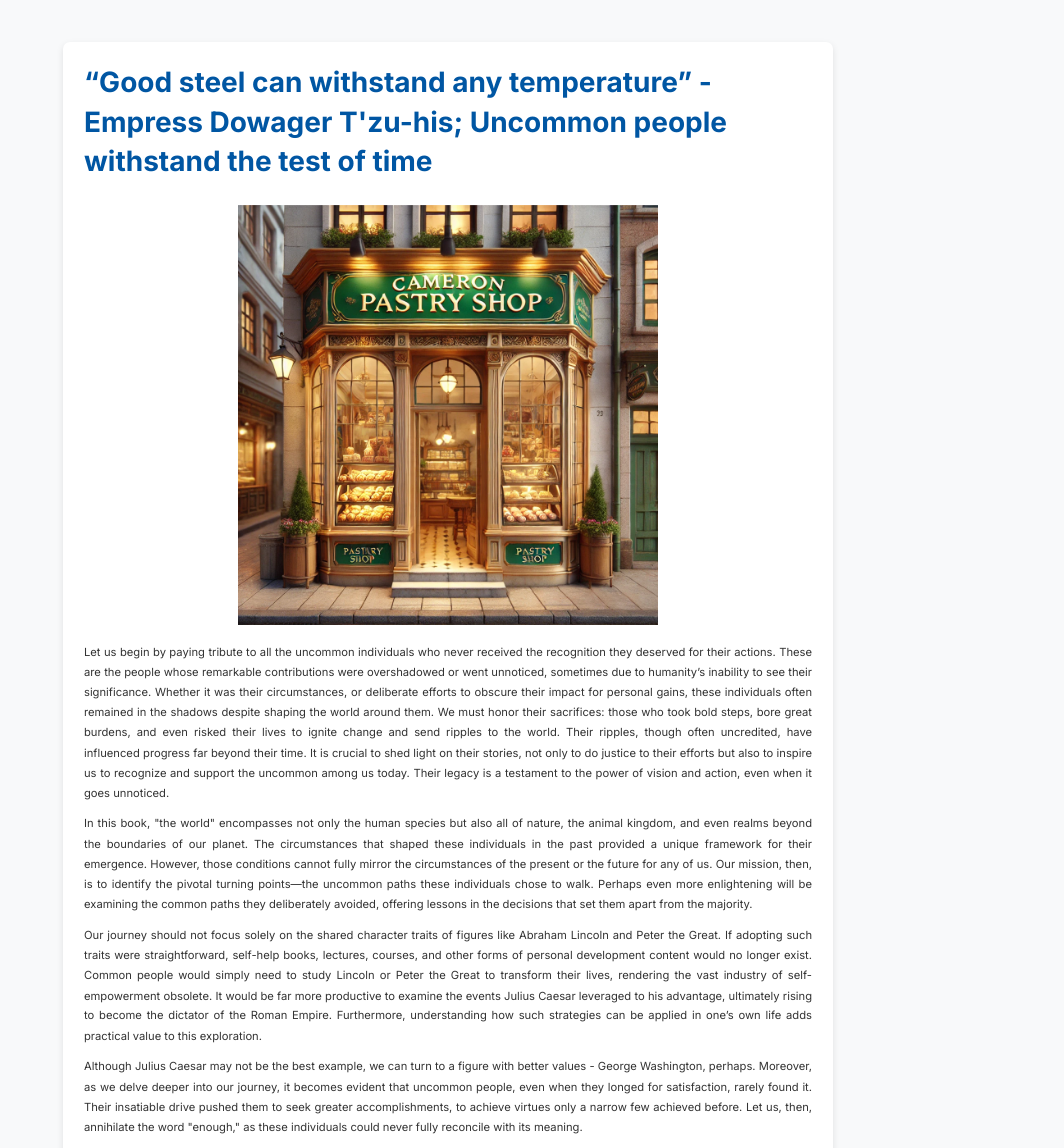
Repository: AvivGranot/Uncommon-Website
Page: Assets/Posts/post2.html
An editor plug-in stored every save of this project. The page is shown before and after the next save, followed by the edit.
The browser window is 1280 px wide. The page is 1280 px wide, then 1520 px, then 1280 px, so the pictures cover 1520 px, including what lies to the right of the window. The pictures show the part of the page from y = 0 to 1640 px (the page is 2848 px tall), at 70% of full size.

Above is the page before, as saved 2025-01-10 00:05:11.

### Assets/Posts/post2.html
<!DOCTYPE html>
<html lang="en">
<head>
    <meta charset="UTF-8">
    <meta name="viewport" content="width=device-width, initial-scale=1.0">
    <title>Entrepreneurship vs. Uncommonness?</title>
    <link href="https://fonts.googleapis.com/css2?family=Inter:wght@400;700&display=swap" rel="stylesheet">
    <style>
        * {
            margin: 0;
            padding: 0;
            box-sizing: border-box;
        }

        body {
            font-family: 'Inter', sans-serif;
            background-color: #f8f9fa;
            color: #333;
            line-height: 1.8;
            padding: 20px;
        }

        .container {
            max-width: 1100px;
            margin: 40px auto;
            padding: 30px;
            background-color: #fff;
            border-radius: 10px;
            box-shadow: 0 4px 10px rgba(0, 0, 0, 0.1);
        }

        h1 {
            font-size: 2.5rem;
            margin-bottom: 20px;
            line-height: 1.4;
            color: #0056a3;
        }

        p {
            font-size: 1rem;
            margin-bottom: 15px;
            text-align: justify;
        }

        .image {
    width: 100%; /* Ensures the image fills the container width */
    max-width: 2000px; /* Expands the maximum width for a larger display */
    height: auto; /* Automatically adjusts height proportionally */
    max-height: 600px; /* Slightly increases the maximum height */
    object-fit: contain; /* Maintains aspect ratio without cropping */
    border-radius: 10px; /* Keeps rounded corners */
    margin: 15px 0;
}




        footer {
            text-align: center;
            margin-top: 40px;
            padding: 20px;
            background-color: #0056a3;
            color: white;
            border-radius: 10px;
        }

        footer a {
            color: #ffc107;
            text-decoration: none;
        }

        footer a:hover {
            text-decoration: underline;
        }
    </style>
</head>
<body>
    <div class="container">
        <h1>“Good steel can withstand any temperature” - Empress Dowager T'zu-his; Uncommon people withstand the test of time</h1>
        <img src="../Images/Cameron Pastry Shop.webp" alt="DALL-E Generated Image" class="image">
        <p>Let us begin by paying tribute to all the uncommon individuals who never received the recognition they deserved for their actions. These are the people whose remarkable contributions were overshadowed or went unnoticed, sometimes due to humanity’s inability to see their significance. Whether it was their circumstances, or deliberate efforts to obscure their impact for personal gains, these individuals often remained in the shadows despite shaping the world around them. We must honor their sacrifices: those who took bold steps, bore great burdens, and even risked their lives to ignite change and send ripples to the world. Their ripples, though often uncredited, have influenced progress far beyond their time. It is crucial to shed light on their stories, not only to do justice to their efforts but also to inspire us to recognize and support the uncommon among us today. Their legacy is a testament to the power of vision and action, even when it goes unnoticed.</p>
        <p>In this book, "the world" encompasses not only the human species but also all of nature, the animal kingdom, and even realms beyond the boundaries of our planet. The circumstances that shaped these individuals in the past provided a unique framework for their emergence. However, those conditions cannot fully mirror the circumstances of the present or the future for any of us. Our mission, then, is to identify the pivotal turning points—the uncommon paths these individuals chose to walk. Perhaps even more enlightening will be examining the common paths they deliberately avoided, offering lessons in the decisions that set them apart from the majority.</p>
        <p>Our journey should not focus solely on the shared character traits of figures like Abraham Lincoln and Peter the Great. If adopting such traits were straightforward, self-help books, lectures, courses, and other forms of personal development content would no longer exist. Common people would simply need to study Lincoln or Peter the Great to transform their lives, rendering the vast industry of self-empowerment obsolete. It would be far more productive to examine the events Julius Caesar leveraged to his advantage, ultimately rising to become the dictator of the Roman Empire. Furthermore, understanding how such strategies can be applied in one’s own life adds practical value to this exploration.</p>
        <p>Although Julius Caesar may not be the best example, we can turn to a figure with better values - George Washington, perhaps. Moreover, as we delve deeper into our journey, it becomes evident that uncommon people, even when they longed for satisfaction, rarely found it. Their insatiable drive pushed them to seek greater accomplishments, to achieve virtues only a narrow few achieved before. Let us, then, annihilate the word "enough," as these individuals could never fully reconcile with its meaning.</p>
        <p><b>Entrepreneurship Vs. Uncommonness:</b></p>
        <p>If there were a contest for the most sexiest and frequently used word in the business world today, "entrepreneur" would likely take the crown. In the past, words like "doctor," "lawyer," "general," or "philosopher" might have claimed the spotlight. Courses on entrepreneurship have become as ubiquitous as toothpicks, and the number of individuals identifying as entrepreneurs has skyrocketed. Alongside this meteoric surge, there’s been an explosion of lectures, interviews, and books on the topic. Success in entrepreneurship is anything but a precise science. If a winning formula was existed, proven, and easy to implement, it would already have been universally adopted, and the so-called "miracle" of entrepreneurship wouldn’t be celebrated as it is today. While there are undoubtedly valuable lessons to learn from past ventures, these guidelines are not akin to Einstein’s equation, E = mc², or as straightforward as 2 + 2 = 4. Unlike the entrepreneur, the uncommon individual operates in a higher atmosphere. An entrepreneur may achieve glory, fame, and immense wealth during their lifetime. But what happens after their death, or more importantly, centuries later? A successful entrepreneur might, surprisingly though, prevail as common, common even among the uncommon. Consider the influence of an ice cream entrepreneur, for example. If their focus is solely on manufacturing, distribution, and marketing within this narrow field, their impact on humanity, while significant in its own right, pales in comparison to that of truly uncommon individuals. Even with substantial wealth and assets, can their legacy rival the profound influence of Albert Einstein, Napoleon Bonaparte, or John D. Rockefeller?</p>
        <p>Now we understand that creating only a limited scope of values doesn’t always lead to being uncommon. Excelling in the top management, marketing, and distribution of an ice cream supply chain might establish someone as a successful entrepreneur. However, it doesn’t necessarily elevate to the status of an uncommon individual in the test of time. Our successful ice cream entrepreneur has undoubtedly created meaningful contributions: colleagues, competitors, employees, and even strangers may learn from his achievements. Nor should we underestimate the power of the small ripples he has generated. Whether it’s the joy and delight sparked by tasting his ice cream, relationships formed through shared moments, or even the self-discovery inspired by a failed date at his shop. Yet, creating a few ripples and localized value does not inherently make someone uncommon. In contrast, those who produce a mighty current of ripples and transformative values, impacting countless lives and shaping the world for generations, earn their place among the uncommon people.</p>
        <p>For instance, Thomas Edison was granted 1,093 patents in the United States alone and a total of 2,332 worldwide . Even if he had registered only a handful of patents, his financial and social status would likely have skyrocketed. However, Edison is universally regarded as an uncommon individual not just because of his inventions but because he consistently created value and generated ripples that advanced the world in profound and lasting ways.</p>
        <p>To quote Rober F. Kennedy beautiful, inspiring words: <b>“Few will have the greatness to bend history itself, but each of us can work to change a small portion of events. It is from numberless diverse acts of courage and belief that human history is shaped. Each time a man stands up for an ideal, or acts to improve the lot of others, or strikes out against injustice, he sends forth a tiny ripple of hope, and crossing each other from a million different centers of energy and daring those ripples build a current which can sweep down the mightiest walls of oppression and resistance”.</b></p>

        <footer>
            &copy; 2025 Uncommon People in a Common World. All rights reserved. Unauthorized use, copying, or reproduction of this content is prohibited. <a href="../../index.html">Back to Home</a>
        </footer>

    </div>
</body>
</html>

After the next save:
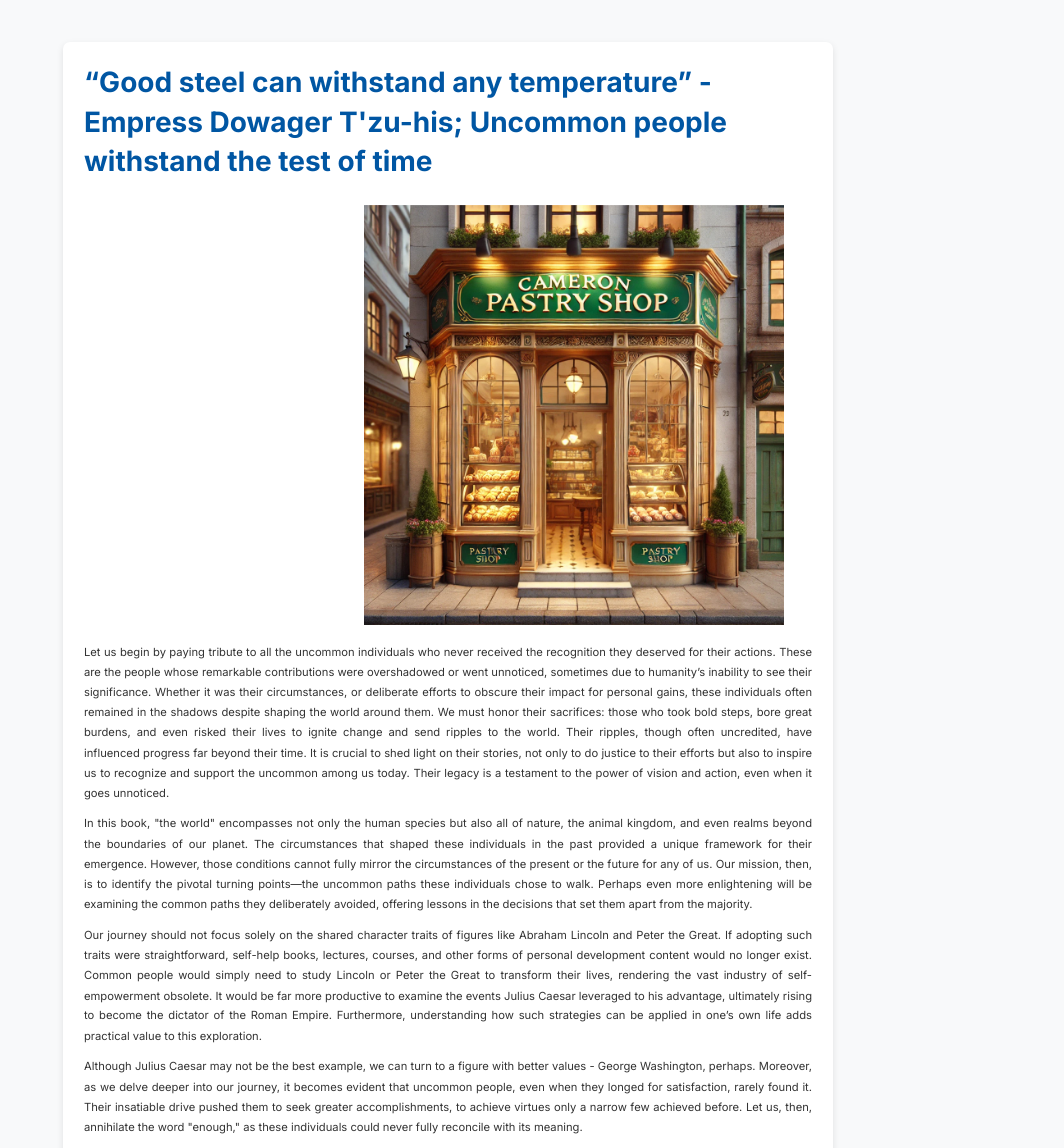
Saved 22 s later.
--- a/Assets/Posts/post2.html
+++ b/Assets/Posts/post2.html
@@ -43,8 +43,8 @@
         }
 
         .image {
-    width: 100%; /* Ensures the image fills the container width */
-    max-width: 2000px; /* Expands the maximum width for a larger display */
+    width: 200%; /* Ensures the image fills the container width */
+    max-width: 1400px; /* Expands the maximum width for a larger display */
     height: auto; /* Automatically adjusts height proportionally */
     max-height: 600px; /* Slightly increases the maximum height */
     object-fit: contain; /* Maintains aspect ratio without cropping */

After the save that followed:
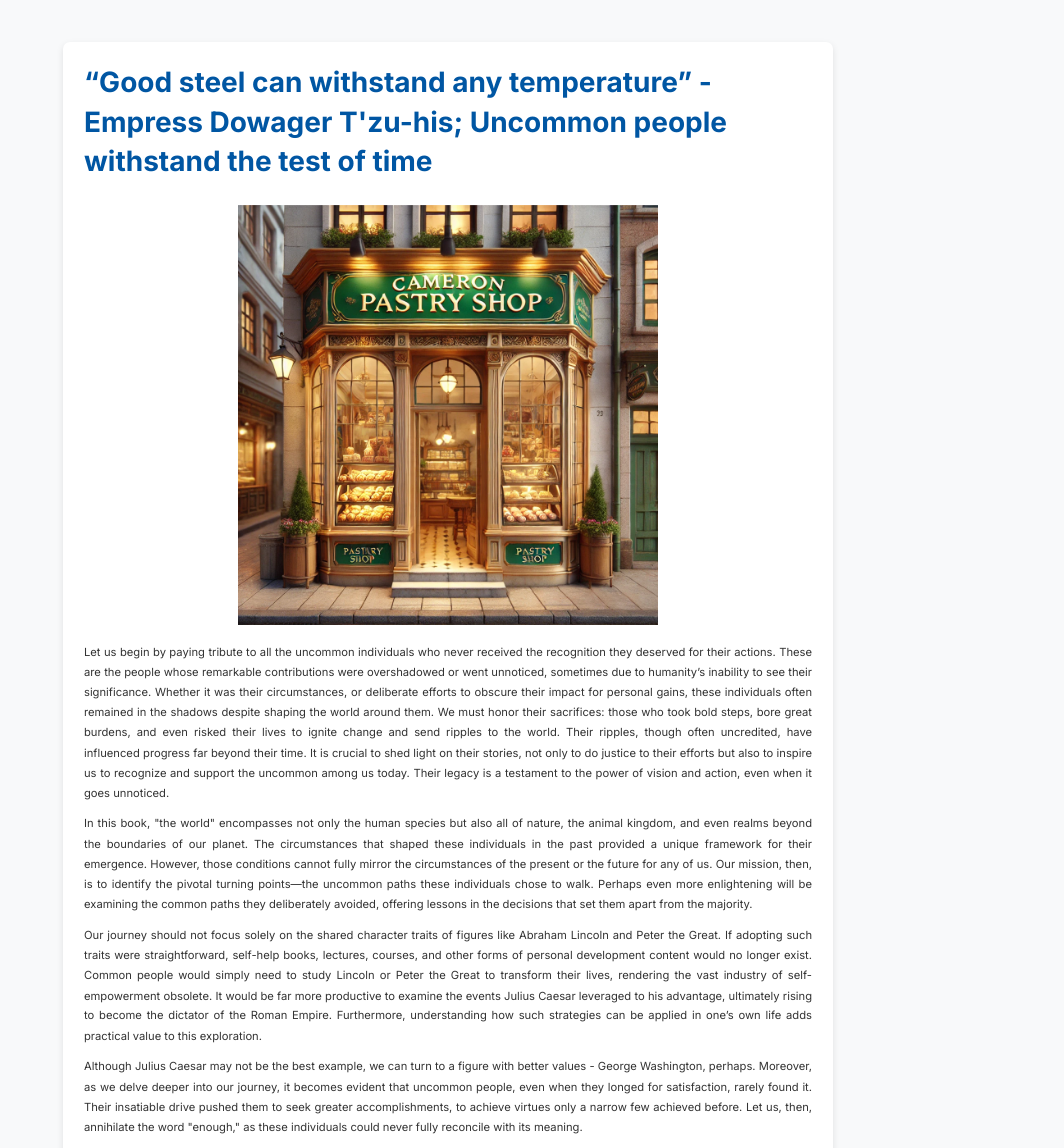
Saved 10 s later.
--- a/Assets/Posts/post2.html
+++ b/Assets/Posts/post2.html
@@ -43,7 +43,7 @@
         }
 
         .image {
-    width: 200%; /* Ensures the image fills the container width */
+    width: 100%; /* Ensures the image fills the container width */
     max-width: 1400px; /* Expands the maximum width for a larger display */
     height: auto; /* Automatically adjusts height proportionally */
     max-height: 600px; /* Slightly increases the maximum height */
